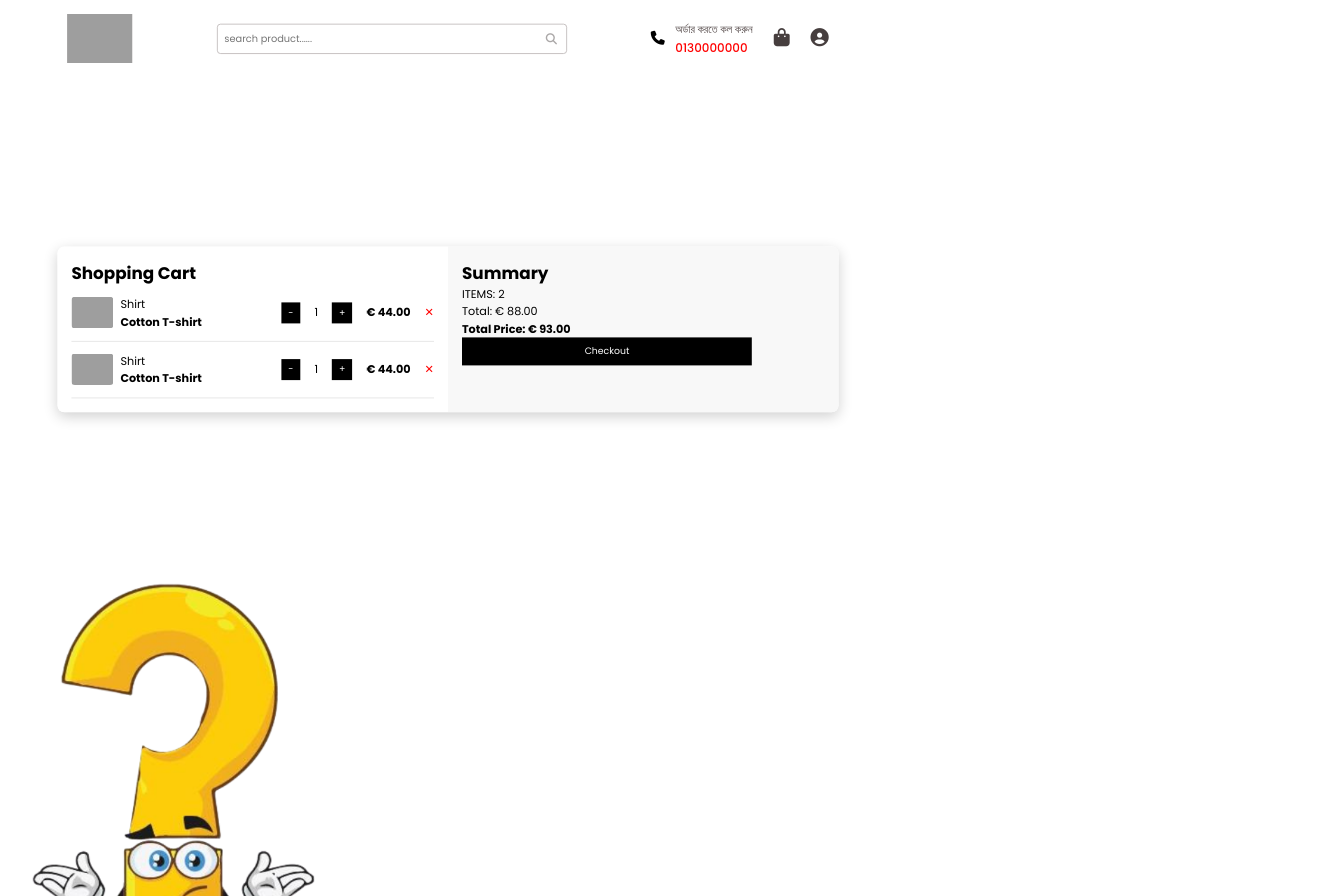
Repository: saifscripts/accessories-mart
Page: /cart
The author's editor kept a copy of each file at every save. The page is drawn from the files as they stood at one save, then again after the next save.
The browser window is 1280 px wide. The page is 3000 px wide, so the pictures cover 1920 px, including what lies to the right of the window. The pictures show the part of the page from y = 0 to 1280 px (the page is 7972 px tall), at 70% of full size.
Pictures or frames that could not be fetched are drawn as grey boxes. The page's requests for data from a server got no answer. The project was rebuilt for these pictures with package versions that can differ from the ones it lists, and the page was loaded fresh each time. No one was signed in, and anything a server would have sent is missing. Also part of the build but not shown: vite.config.js, src/App.jsx, src/components/Hero.jsx, src/components/Products.jsx, src/components/Loader.jsx, src/components/ProductSection.jsx, src/components/ProductsByClass.jsx, src/pages/Home.jsx and 2 more. Imported but missing from the stored project, and not drawn on this page: src/context/CartContext.

Above is the page before, as saved 2025-03-17 01:55:18.

### index.html
<!doctype html>
<html lang="en">

<head>
  <meta charset="UTF-8" />
  <link rel="icon" type="image/svg+xml" href="logo.png" />
  <meta name="viewport" content="width=device-width, initial-scale=1.0" />
  <title>ভাই দাম কত ?</title>
  <!-- Carousel -->
  <link rel="stylesheet" href="https://cdnjs.cloudflare.com/ajax/libs/OwlCarousel2/2.3.4/assets/owl.carousel.min.css"
    integrity="sha512-tS3S5qG0BlhnQROyJXvNjeEM4UpMXHrQfTGmbQ1gKmelCxlSEBUaxhRBj/EFTzpbP4RVSrpEikbmdJobCvhE3g=="
    crossorigin="anonymous" referrerpolicy="no-referrer" />
  <link rel="stylesheet"
    href="https://cdnjs.cloudflare.com/ajax/libs/OwlCarousel2/2.3.4/assets/owl.theme.default.min.css"
    integrity="sha512-sMXtMNL1zRzolHYKEujM2AqCLUR9F2C4/05cdbxjjLSRvMQIciEPCQZo++nk7go3BtSuK9kfa/s+a4f4i5pLkw=="
    crossorigin="anonymous" referrerpolicy="no-referrer" />
  <!-- === font-awesome icon CDN === -->
  <link rel="stylesheet" href="https://cdnjs.cloudflare.com/ajax/libs/font-awesome/6.7.2/css/all.min.css"
    integrity="sha512-Evv84Mr4kqVGRNSgIGL/F/aIDqQb7xQ2vcrdIwxfjThSH8CSR7PBEakCr51Ck+w+/U6swU2Im1vVX0SVk9ABhg=="
    crossorigin="anonymous" referrerpolicy="no-referrer" />
</head>

<body>
  <div id="root"></div>
  <script type="module" src="/src/main.jsx"></script>
  <!-- =======Jquery ======== -->
  <script src="https://cdnjs.cloudflare.com/ajax/libs/jquery/3.7.1/jquery.min.js"
    integrity="sha512-v2CJ7UaYy4JwqLDIrZUI/4hqeoQieOmAZNXBeQyjo21dadnwR+8ZaIJVT8EE2iyI61OV8e6M8PP2/4hpQINQ/g=="
    crossorigin="anonymous" referrerpolicy="no-referrer"></script>

</body>

</html>

### src/main.jsx
import { StrictMode } from 'react'
import { createRoot } from 'react-dom/client'
import './index.css'
import App from './App.jsx'
import {
  createBrowserRouter,
  RouterProvider,
} from "react-router-dom";
import Home from './pages/Home.jsx';
import Single from './pages/Single.jsx';
import MainLayout from './layout/MainLayout.jsx';
import ScrollToTop from './components/ScrollToTop.jsx';
import Cart from './pages/Cart.jsx';

const router = createBrowserRouter([
  {
    path: "/",
    element: <MainLayout />,
    children: [
      {
        path: "/",
        element: <Home />,
      },
      {
        path: "/single/:id",
        element: <Single />,
      },
      {
        path: "/cart",
        element: <Cart />,
      }
    ]
  },
]);

createRoot(document.getElementById('root')).render(
  <StrictMode>
    <RouterProvider router={router} />
  </StrictMode>,
)

### src/layout/MainLayout.jsx
import React from 'react';
import Header from '../components/Header';
import { Outlet } from 'react-router-dom';
import MainFooter from '../components/MainFooter';
import ScrollToTop from '../components/ScrollToTop';

const MainLayout = () => {
    return (
        <div>
            <Header />
            <ScrollToTop />
            <Outlet />
            <MainFooter />
        </div>
    );
};

export default MainLayout;

### src/pages/Cart.jsx
import React from 'react';

const Cart = () => {
    return (
        <div class="cart-section">
            <div class="container">
                <div class="column">
                    <h2>Shopping Cart</h2>
                    <div class="cart-item">
                        <img src="https://i.imgur.com/1GrakTl.jpg" alt="T-shirt" />
                        <div class="item-details">
                            <p class="item-category">Shirt</p>
                            <p class="item-name">Cotton T-shirt</p>
                        </div>
                        <div class="quantity">
                            <button>-</button>
                            <span>1</span>
                            <button>+</button>
                        </div>
                        <p class="price">&euro; 44.00</p>
                        <span class="remove">&#10005;</span>
                    </div>
                    <div class="cart-item">
                        <img src="https://i.imgur.com/ba3tvGm.jpg" alt="T-shirt" />
                        <div class="item-details">
                            <p class="item-category">Shirt</p>
                            <p class="item-name">Cotton T-shirt</p>
                        </div>
                        <div class="quantity">
                            <button>-</button>
                            <span>1</span>
                            <button>+</button>
                        </div>
                        <p class="price">&euro; 44.00</p>
                        <span class="remove">&#10005;</span>
                    </div>
                </div>

                <div class="column">
                    <h2>Summary</h2>
                    <p>ITEMS: 2</p>
                    <p>Total: &euro; 88.00</p>
                    {/* <label for="shipping">Shipping:</label>
                    <select id="shipping">
                        <option>Standard - &euro;5.00</option>
                    </select>
                    <input type="text" placeholder="Enter your code" /> */}
                    <p><strong>Total Price: &euro; 93.00</strong></p>
                    <button>Checkout</button>
                </div>
            </div>
        </div>
    );
};

export default Cart;

### src/components/Header.jsx
import React from 'react';
import { Link } from 'react-router-dom';

const Header = () => {
    return (
        <div>
            <header>
                <div className="ar-headerContainer">
                    <div className="ar-headerLogo">
                        <Link href="/">
                             <img src="https://kanerdul.com/public/66dee4efb04ac.jpg" alt="header-logo" />
                        </Link>
                    </div>
                    <div className="ar-Search">
                        <input type="search" placeholder="search product......" />
                        <div className="ar-search-icon"><a href=""><i className="fa-solid fa-magnifying-glass"></i></a></div>
                    </div>

                    <div className="ar-contact">
                        <div className="contactPhone">
                            <div className="ar-contactIcon">
                                <i className="fa-solid fa-phone"></i>
                            </div>
                            <div className="ar-contact-container">
                                <p>
                                    অর্ডার করতে কল করুন
                                </p>
                                <span> 0130000000</span>
                            </div>
                        </div>
                        <div className="ar-cart">
                            <i className="fa-solid fa-bag-shopping"></i>
                        </div>
                        <div className="ar-cart">
                            <a href="account-page.html"><i className="fa-solid fa-circle-user"></i></a>
                        </div>
                    </div>

                </div>
            </header>
        </div>
    );
};

export default Header;

### src/components/MainFooter.jsx
/* eslint-disable react-hooks/exhaustive-deps */
/* eslint-disable no-unused-vars */
import React, { useEffect, useState } from "react";
import bkash from "/bkash.svg";
import nagad from "/nagad.png";
import rocket from "/rocket.png";
import whatsapp from "/WhatsApp.svg.webp";
import americanexpress from "/americanexpress.png";
import { Link } from "react-router-dom";
import { FaFacebookF, FaPhoneAlt, FaWhatsapp } from "react-icons/fa";
import { IoLogoWhatsapp } from "react-icons/io";

const MainFooter = () => {
  // const [menuopen, setMenuOpen] = useState(false);

  const [data, setData] = useState([]);
  const [loading, setLoading] = useState(true);
  const BASE_URL = import.meta.env.VITE_API_BASE_URL;

  // Fetch data
  const loadData = async () => {
    try {
      const response = await fetch(`${BASE_URL}/products/categories`);
      const result = await response.json();
      setData(result);
    } catch (error) {
      console.error("Error fetching data:", error);
    } finally {
      setLoading(false);
    }
  };

  useEffect(() => {
    loadData();
  }, []);

  return (
    <section class="py-10 bg-black sm:pt-16 lg:pt-16 mt-20">
      <div class="px-4 mx-auto sm:px-6 lg:px-8 max-w-7xl">
        <div class="grid grid-cols-2 md:grid-cols-4 lg:grid-cols-8 gap-y-12 gap-x-8 xl:gap-x-12">
          <div class="col-span-2 md:col-span-4 xl:pr-8">
            <Link to="/"><img class="w-auto h-14" src="/logo.png" alt="" /></Link>

            <p class="text-base leading-relaxed text-gray-200 mt-7">
              Discover the latest tech at Gadgetex – your one-stop shop for
              innovative gadgets and accessories. Shop smart, stay ahead.
            </p>

            <Link
              to="https://web.facebook.com/messages/t/116061797769426/"
              target="_blank"
              class="inline-flex items-center justify-center px-6 py-4 font-semibold text-white transition-all duration-200 bg-blue-600 rounded-md hover:bg-blue-700 focus:bg-blue-700 mt-7"
            >
              <svg
                class="w-6 h-6"
                xmlns="http://www.w3.org/2000/svg"
                fill="none"
                viewBox="0 0 24 24"
                stroke="currentColor"
              >
                <path
                  stroke-linecap="round"
                  stroke-linejoin="round"
                  stroke-width="2"
                  d="M8 12h.01M12 12h.01M16 12h.01M21 12c0 4.418-4.03 8-9 8a9.863 9.863 0 01-4.255-.949L3 20l1.395-3.72C3.512 15.042 3 13.574 3 12c0-4.418 4.03-8 9-8s9 3.582 9 8z"
                />
              </svg>
              Start Live Chat
            </Link>
          </div>

          <div class="lg:col-span-2">
            <p class="text-md font-semibold text-gray-100">Categories</p>

            <ul class="mt-6 space-y-2">
              {data[0]?.slice(0, 5).map((item) => (
                <li key={item.id}>
                  <Link
                    className="flex text-sm font-semibold text-gray-200 transition-all duration-200 hover:text-green-600 focus:text-orange-600"
                    style={{ textTransform: "capitalize" }}
                    to={`/category/${item.name}`}
                  >
                    {item.name}
                  </Link>
                </li>
              ))}
            </ul>
          </div>

          <div class="lg:col-span-2">
            <p class="text-md font-semibold text-gray-100">Contact</p>

            <ul class="mt-6 space-y-2">
              <li>
                <a
                  href="tel:+8801851003265"
                  target="_blank"
                  class="flex items-center gap-2  text-sm font-semibold text-gray-200 transition-all duration-200 hover:text-green-600 focus:text-orange-600"
                >
                  <FaPhoneAlt /> +880 1851003265
                </a>
              </li>
              <li>
                <a
                  href="https://web.facebook.com/vai.dam.koto"
                  target="_blank"
                  class="flex items-center gap-2  text-sm font-semibold text-gray-200 transition-all duration-200 hover:text-green-600 focus:text-orange-600"
                >
                  <FaFacebookF className="text-blue-600" size={15} /> Facebook
                </a>
              </li>
              <li>
                <a
                  href="https://wa.me/+8801851003265"
                  target="_blank"
                  class="flex items-center gap-2  text-sm font-semibold text-gray-200 transition-all duration-200 hover:text-green-600 focus:text-orange-600"
                >
                  {" "}
                  <IoLogoWhatsapp className="text-green-600" size={15} />
                  WhatsApp{" "}
                </a>
              </li>
            </ul>
          </div>
        </div>

        <div class="lg:col-span-2 lg:-mt-16 mt-10">
          <ul class="flex justify-center lg:justify-end items-stretch gap-6 ">
            <li className="border-1 border-gray-300 bg-white cursor-pointer rounded flex justify-between items-start p-1">
              <img src={bkash} className="w-10 h-8" alt="" />
            </li>

            <li className="border-1 border-gray-300 bg-white cursor-pointer rounded flex justify-between items-start p-1">
              <img src={nagad} className="w-10 h-8" alt="" />
            </li>

            <li className="border-1 border-gray-300 bg-white cursor-pointer rounded flex justify-between items-start p-1">
              <img src={rocket} className="w-10 h-8" alt="" />
            </li>

            <li className="border-1 border-gray-300 bg-white cursor-pointer rounded flex justify-between items-start p-1">
              <img src={americanexpress} className="w-10 h-8" alt="" />
            </li>
          </ul>
        </div>
        <hr class="mt-16 mb-10 border-gray-200" />

        <div class="sm:flex sm:items-center justify-center">
          <p class="text-sm text-gray-300">
            © Copyright 2021, All Rights Reserved by Vai Dam Koto
          </p>
        </div>
      </div>
      <div className="fixed bottom-4 right-4 z-50">
        <Link to={"https://wa.me/+8801851003265"} target="_blank">
          {" "}
          <img src={whatsapp} className="w-18" alt="" />
        </Link>
      </div>
    </section>
  );
};

export default MainFooter;

Loaded but not shown: src/components/ScrollToTop.jsx (common file); src/index.css (1129 lines, source omitted); src/App.css (no stored copy; drawn as an empty file)

After the next save:
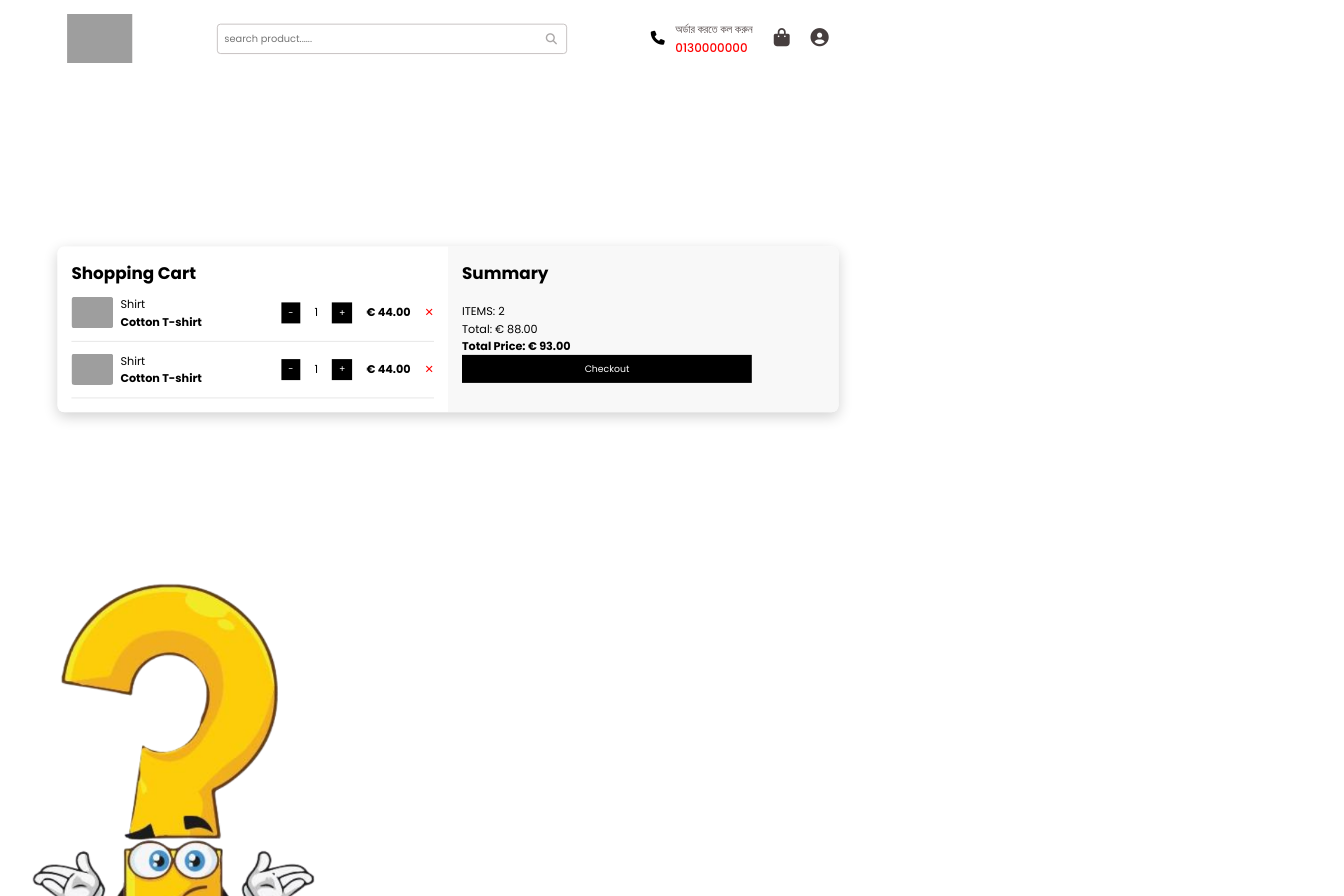
Saved 9 s later.
--- a/src/pages/Cart.jsx
+++ b/src/pages/Cart.jsx
@@ -37,7 +37,7 @@ const Cart = () => {
                 </div>
 
                 <div class="column">
-                    <h2>Summary</h2>
+                    <h2>Summary</h2><br />
                     <p>ITEMS: 2</p>
                     <p>Total: &euro; 88.00</p>
                     {/* <label for="shipping">Shipping:</label>
